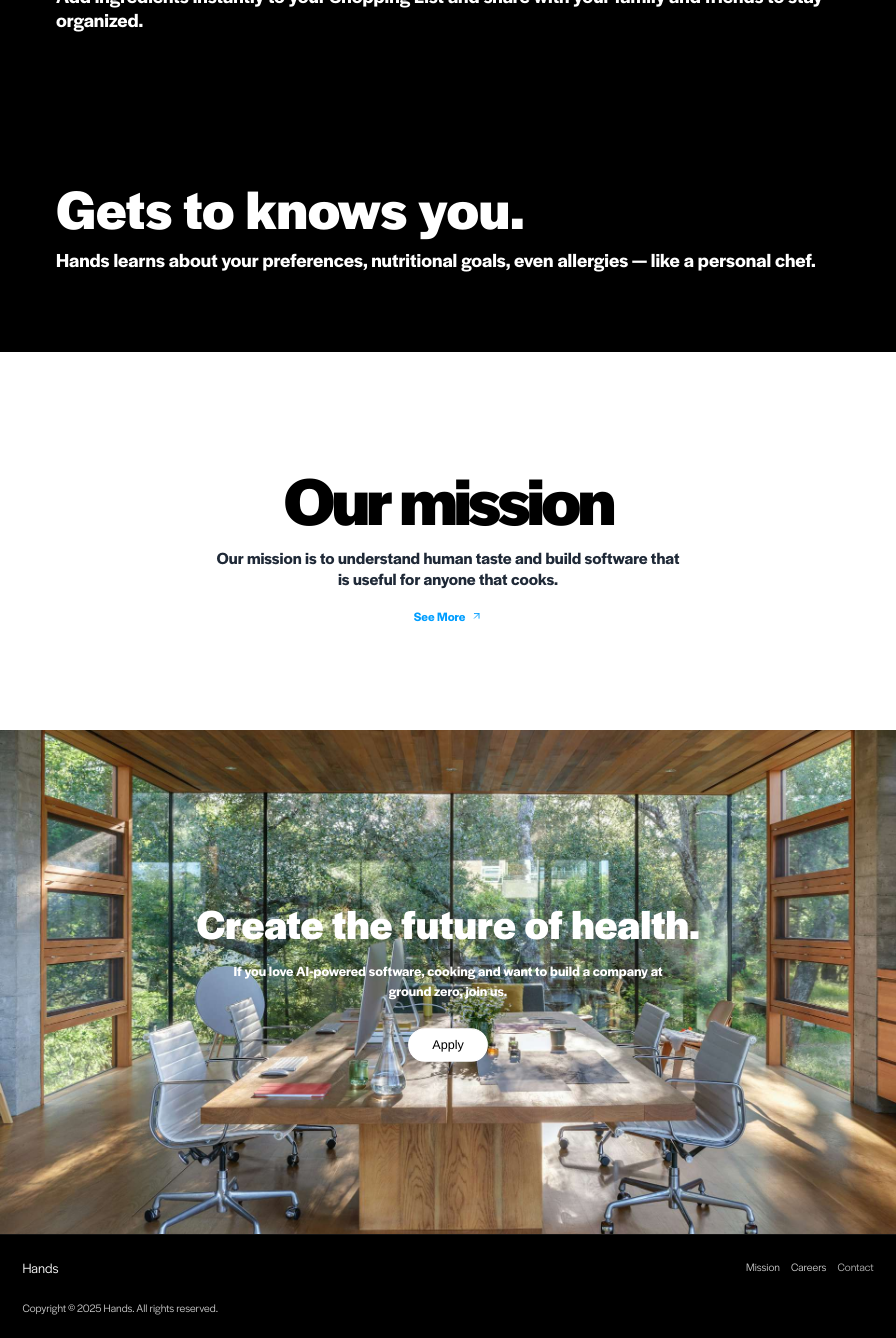
Repository: luiswoldu/hands-web
Page: /
These files come from the project's save history. The page is drawn as it stood at one moment and after the next save; the edit follows.
The browser window is 1280 px wide. The pictures show the part of the page from y = 2327 to 4247 px (the page is 4239 px tall before and 4247 px after), at 70% of full size.
The page's requests for data from a server got no answer. The project was rebuilt for these pictures with package versions that can differ from the ones it lists, and the page was loaded fresh each time. The framework's server and built-in components were replaced by stand-ins that run in the browser. No one was signed in, and anything a server would have sent is missing. Also part of the build but not shown: next.config.mjs, lib/supabase.ts, components/WaitlistForm.tsx.

Above is the page before, as saved 2025-08-31 13:46:20.

### app/layout.tsx
import type React from "react"
import "./globals.css"
import type { Metadata } from "next"
import { Inter } from "next/font/google"
import { Analytics } from "@vercel/analytics/react"

const inter = Inter({ subsets: ["latin"] })

export const metadata: Metadata = {
  title: "Hands - Understanding taste",
  description: "Your intelligent, personal cooking assistant",
  generator: 'v0.dev'
}

export default function RootLayout({
  children,
}: {
  children: React.ReactNode
}) {
  return (
    <html lang="en">
      <head>
        <link rel="icon" type="image/png" href="/favicon-96x96.png" sizes="96x96" />
        <link rel="icon" type="image/svg+xml" href="/favicon.svg" />
        <link rel="shortcut icon" href="/favicon.ico" />
        <link rel="apple-touch-icon" sizes="180x180" href="/apple-touch-icon.png" />
        <link rel="manifest" href="/site.webmanifest" />
      </head>
      <body className={inter.className}>
        {children}
        <Analytics />
      </body>
    </html>
  )
}

### app/globals.css
@tailwind base;
@tailwind components;
@tailwind utilities;

:root {
  --foreground-rgb: 255, 255, 255;
  --background-start-rgb: 0, 0, 0;
  --background-end-rgb: 0, 0, 0;
}

body {
  color: rgb(var(--foreground-rgb));
  background: rgb(var(--background-start-rgb));
}

@font-face {
  font-family: "Helvetica Neue Pro";
  src: local("Helvetica Neue Pro"), local("HelveticaNeuePro");
  font-weight: normal;
  font-style: normal;
}

@font-face {
  font-family: "Halyard Display";
  src: url("/fonts/Halyard_Display_Bold.woff2") format("woff2");
  font-weight: bold;
  font-style: normal;
  font-display: swap;
}

@font-face {
  font-family: "Halyard Display";
  src: url("/fonts/Halyard_Display_SemiBold.woff2") format("woff2");
  font-weight: 600;
  font-style: normal;
  font-display: swap;
}

@font-face {
  font-family: "Halyard Display";
  src: url("/fonts/Halyard_Display_Regular.woff2") format("woff2");
  font-weight: normal;
  font-style: normal;
  font-display: swap;
}

@font-face {
  font-family: "Halyard Display";
  src: url("/fonts/Halyard_Display_Book.woff2") format("woff2");
  font-weight: 350;
  font-style: normal;
  font-display: swap;
}

@keyframes slideUp {
  from {
    opacity: 0;
    transform: translateY(80px);
  }
  to {
    opacity: 1;
    transform: translateY(0);
  }
}

.animate-slide-up {
  animation: slideUp 2.0s cubic-bezier(0.16, 1, 0.3, 1) forwards;
}

.animation-delay-5 {
  animation-delay: 0.1667s; /* 5 frames at 30fps */
}

.animation-delay-10 {
  animation-delay: 0.3334s; /* 10 frames at 30fps */
}

.animation-delay-15 {
  animation-delay: 0.5s; /* 15 frames at 30fps */
}

.animation-delay-20 {
  animation-delay: 0.6667s; /* 20 frames at 30fps */
}

.font-helvetica {
  font-family: "Helvetica Neue Pro", "Helvetica Neue", Helvetica, Arial, sans-serif;
}

.gradient-text {
  background: linear-gradient(90deg, #f5a623 0%, #4a90e2 100%);
  -webkit-background-clip: text;
  -webkit-text-fill-color: transparent;
  background-clip: text;
  text-fill-color: transparent;
  display: inline-block;
  letter-spacing: -0.01em; /* -1% letter spacing */
}

@layer utilities {
  .text-balance {
    text-wrap: balance;
  }
}

@layer base {
  :root {
    --background: 0 0% 100%;
    --foreground: 0 0% 3.9%;
    --card: 0 0% 100%;
    --card-foreground: 0 0% 3.9%;
    --popover: 0 0% 100%;
    --popover-foreground: 0 0% 3.9%;
    --primary: 0 0% 9%;
    --primary-foreground: 0 0% 98%;
    --secondary: 0 0% 96.1%;
    --secondary-foreground: 0 0% 9%;
    --muted: 0 0% 96.1%;
    --muted-foreground: 0 0% 45.1%;
    --accent: 0 0% 96.1%;
    --accent-foreground: 0 0% 9%;
    --destructive: 0 84.2% 60.2%;
    --destructive-foreground: 0 0% 98%;
    --border: 0 0% 89.8%;
    --input: 0 0% 89.8%;
    --ring: 0 0% 3.9%;
    --chart-1: 12 76% 61%;
    --chart-2: 173 58% 39%;
    --chart-3: 197 37% 24%;
    --chart-4: 43 74% 66%;
    --chart-5: 27 87% 67%;
    --radius: 0.5rem;
    --sidebar-background: 0 0% 98%;
    --sidebar-foreground: 240 5.3% 26.1%;
    --sidebar-primary: 240 5.9% 10%;
    --sidebar-primary-foreground: 0 0% 98%;
    --sidebar-accent: 240 4.8% 95.9%;
    --sidebar-accent-foreground: 240 5.9% 10%;
    --sidebar-border: 220 13% 91%;
    --sidebar-ring: 217.2 91.2% 59.8%;
  }
  .dark {
    --background: 0 0% 3.9%;
    --foreground: 0 0% 98%;
    --card: 0 0% 3.9%;
    --card-foreground: 0 0% 98%;
    --popover: 0 0% 3.9%;
    --popover-foreground: 0 0% 98%;
    --primary: 0 0% 98%;
    --primary-foreground: 0 0% 9%;
    --secondary: 0 0% 14.9%;
    --secondary-foreground: 0 0% 98%;
    --muted: 0 0% 14.9%;
    --muted-foreground: 0 0% 63.9%;
    --accent: 0 0% 14.9%;
    --accent-foreground: 0 0% 98%;
    --destructive: 0 62.8% 30.6%;
    --destructive-foreground: 0 0% 98%;
    --border: 0 0% 14.9%;
    --input: 0 0% 14.9%;
    --ring: 0 0% 83.1%;
    --chart-1: 220 70% 50%;
    --chart-2: 160 60% 45%;
    --chart-3: 30 80% 55%;
    --chart-4: 280 65% 60%;
    --chart-5: 340 75% 55%;
    --sidebar-background: 240 5.9% 10%;
    --sidebar-foreground: 240 4.8% 95.9%;
    --sidebar-primary: 224.3 76.3% 48%;
    --sidebar-primary-foreground: 0 0% 100%;
    --sidebar-accent: 240 3.7% 15.9%;
    --sidebar-accent-foreground: 240 4.8% 95.9%;
    --sidebar-border: 240 3.7% 15.9%;
    --sidebar-ring: 217.2 91.2% 59.8%;
  }
}

@layer base {
  * {
    @apply border-border;
  }
  body {
    @apply bg-background text-foreground;
  }
}

### components/Footer.tsx
import Link from "next/link"

interface FooterProps {
  theme?: 'light' | 'dark'
}

export default function Footer({ theme = 'dark' }: FooterProps) {
  const isDark = theme === 'dark'

  return (
    <footer className={`w-full border-t ${isDark ? 'border-white/10' : 'border-black/10'} py-8`}>
      <div className="container mx-auto">
        <div className="flex flex-col space-y-8">
          {/* Logo and Links Row */}
          <div className="flex flex-col md:flex-row md:items-center md:justify-between">
            {/* Logo/Brand */}
            <Link href="/" className={`text-xl font-['Halyard_Display'] font-[350] mb-6 md:mb-0 ${isDark ? 'text-white' : 'text-black'}`}>
              Hands
            </Link>

            {/* Navigation Links */}
            <div className="flex flex-col md:flex-row space-y-4 md:space-y-0 md:space-x-8">
              <div className="flex space-x-4">
                <Link href="/mission" className={`${isDark ? 'text-white/80 hover:text-white' : 'text-gray-600 hover:text-black'} font-['Halyard_Display'] font-[350]`}>
                  Mission
                </Link>
                <a href="mailto:luiswoldu@gmail.com" className={`${isDark ? 'text-white/80 hover:text-white' : 'text-gray-600 hover:text-black'} font-['Halyard_Display'] font-[350]`}>
                  Careers
                </a>
                <Link href="mailto:handsforai@gmail.com" className={`${isDark ? 'text-white/70 hover:text-white' : 'text-gray-600 hover:text-black'} font-['Halyard_Display'] font-[350]`}>
                  Contact
                </Link>
              </div>
            </div>
          </div>

          {/* Copyright */}
          <div className={`${isDark ? 'text-white/80' : 'text-gray-600'} font-['Halyard_Display'] font-[350]`}>
            Copyright © 2025 Hands. All rights reserved.
          </div>
        </div>
      </div>
    </footer>
  )
}

Loaded but not shown: tailwind.config.js (96 lines, source omitted); app/page.tsx (324 lines, source omitted)

After the next save:
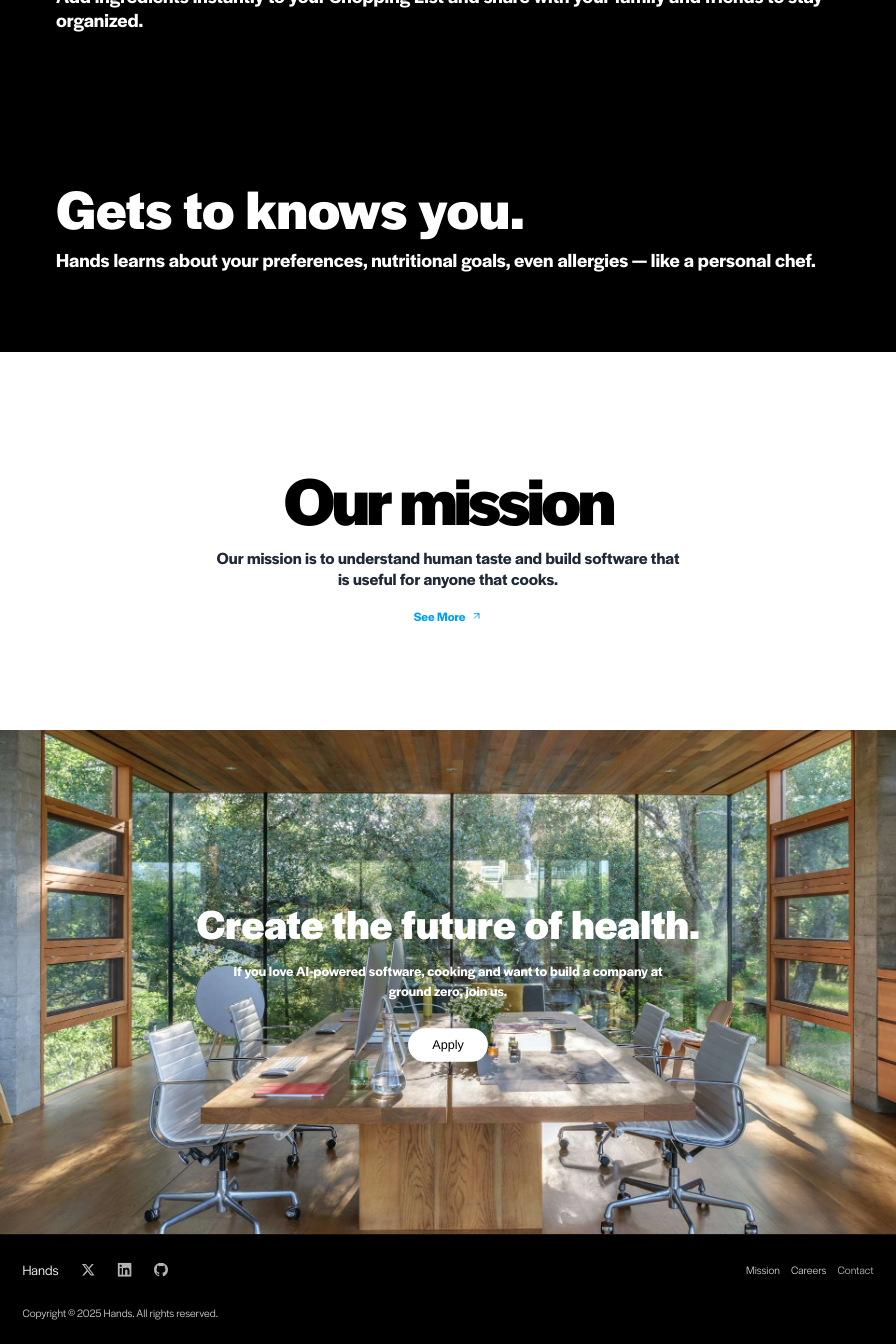
Saved 9 min 30 s later.
--- a/components/Footer.tsx
+++ b/components/Footer.tsx
@@ -13,10 +13,45 @@ export default function Footer({ theme = 'dark' }: FooterProps) {
         <div className="flex flex-col space-y-8">
           {/* Logo and Links Row */}
           <div className="flex flex-col md:flex-row md:items-center md:justify-between">
-            {/* Logo/Brand */}
-            <Link href="/" className={`text-xl font-['Halyard_Display'] font-[350] mb-6 md:mb-0 ${isDark ? 'text-white' : 'text-black'}`}>
-              Hands
-            </Link>
+            {/* Logo/Brand with Social Icons */}
+            <div className="flex items-center space-x-6 mb-6 md:mb-0">
+              <Link href="/" className={`text-xl font-['Halyard_Display'] font-[350] ${isDark ? 'text-white' : 'text-black'}`}>
+                Hands
+              </Link>
+
+              {/* Social Icons Container */}
+              <div className="flex items-center space-x-4">
+                <a
+                  href="#"
+                  className={`p-2 rounded-full transition-colors ${isDark ? 'text-white/70 hover:text-white hover:bg-white/10' : 'text-gray-600 hover:text-black hover:bg-black/10'}`}
+                  aria-label="Twitter"
+                >
+                  <svg className="w-5 h-5" fill="currentColor" viewBox="0 0 24 24">
+                    <path d="M18.244 2.25h3.308l-7.227 8.26 8.502 11.24H16.17l-5.214-6.817L4.99 21.75H1.68l7.73-8.835L1.254 2.25H8.08l4.713 6.231zm-1.161 17.52h1.833L7.084 4.126H5.117z"/>
+                  </svg>
+                </a>
+
+                <a
+                  href="#"
+                  className={`p-2 rounded-full transition-colors ${isDark ? 'text-white/70 hover:text-white hover:bg-white/10' : 'text-gray-600 hover:text-black hover:bg-black/10'}`}
+                  aria-label="LinkedIn"
+                >
+                  <svg className="w-5 h-5" fill="currentColor" viewBox="0 0 24 24">
+                    <path d="M20.447 20.452h-3.554v-5.569c0-1.328-.027-3.037-1.852-3.037-1.853 0-2.136 1.445-2.136 2.939v5.667H9.351V9h3.414v1.561h.046c.477-.9 1.637-1.85 3.37-1.85 3.601 0 4.267 2.37 4.267 5.455v6.286zM5.337 7.433c-1.144 0-2.063-.926-2.063-2.065 0-1.138.92-2.063 2.063-2.063 1.14 0 2.064.925 2.064 2.063 0 1.139-.925 2.065-2.064 2.065zm1.782 13.019H3.555V9h3.564v11.452zM22.225 0H1.771C.792 0 0 .774 0 1.729v20.542C0 23.227.792 24 1.771 24h20.451C23.2 24 24 23.227 24 22.271V1.729C24 .774 23.2 0 22.222 0h.003z"/>
+                  </svg>
+                </a>
+
+                <a
+                  href="#"
+                  className={`p-2 rounded-full transition-colors ${isDark ? 'text-white/70 hover:text-white hover:bg-white/10' : 'text-gray-600 hover:text-black hover:bg-black/10'}`}
+                  aria-label="GitHub"
+                >
+                  <svg className="w-5 h-5" fill="currentColor" viewBox="0 0 24 24">
+                    <path d="M12 0c-6.626 0-12 5.373-12 12 0 5.302 3.438 9.8 8.207 11.387.599.111.793-.261.793-.577v-2.234c-3.338.726-4.033-1.416-4.033-1.416-.546-1.387-1.333-1.756-1.333-1.756-1.089-.745.083-.729.083-.729 1.205.084 1.839 1.237 1.839 1.237 1.07 1.834 2.807 1.304 3.492.997.107-.775.418-1.305.762-1.604-2.665-.305-5.467-1.334-5.467-5.931 0-1.311.469-2.381 1.236-3.221-.124-.303-.535-1.524.117-3.176 0 0 1.008-.322 3.301 1.23.957-.266 1.983-.399 3.003-.404 1.02.005 2.047.138 3.006.404 2.291-1.552 3.297-1.23 3.297-1.23.653 1.653.242 2.874.118 3.176.77.84 1.235 1.911 1.235 3.221 0 4.609-2.807 5.624-5.479 5.921.43.372.823 1.102.823 2.222v3.293c0 .319.192.694.801.576 4.765-1.589 8.199-6.086 8.199-11.386 0-6.627-5.373-12-12-12z"/>
+                  </svg>
+                </a>
+              </div>
+            </div>
 
             {/* Navigation Links */}
             <div className="flex flex-col md:flex-row space-y-4 md:space-y-0 md:space-x-8">
